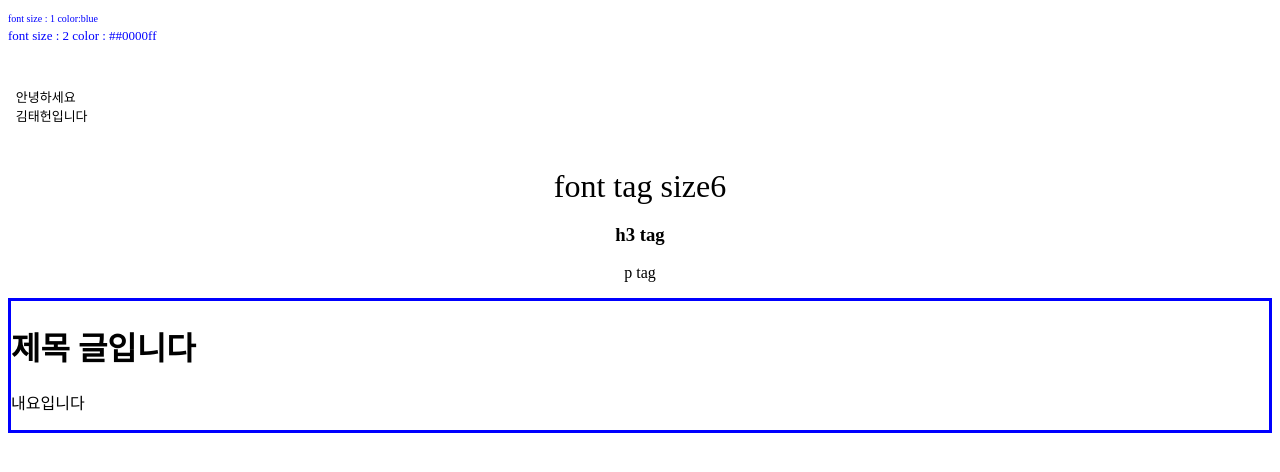
Repository: xsa1113/posco_ict
Page: html/TestSample/WebContent/index3.html
An editor plug-in stored every save of this project. The page is shown before and after the next save, followed by the edit.
The browser window is 1280 px wide. The pictures show the whole page.

Above is the page before, as saved 2022-05-04 07:44:02.

### html/TestSample/WebContent/index3.html
<!DOCTYPE html>
<html>
<head>
<meta charset="UTF-8">
<title>Insert title here</title>
</head>
<body>

<!--
font, div
 -->

 <font size="1" color="blue">font size : 1 color:blue</font>
 <br>
 <font size="2" color="#0000ff">font size : 2 color : ##0000ff</font>

 <pre>
 <font size="6" color="red"></font>
 안녕하세요
 김태헌입니다
 <!--
 div : 태그자체만으로 의미가 없다
 범위설정 및 한꺼번에 묶음

  -->
 </pre>

 <div align = "center">
 <font size="6"> font tag size6</font>
<h3>h3 tag</h3>
<p>p tag</p>

 </div>

 <div style ="border: solid; border-color: blue;">
 	<h1>제목 글입니다</h1>
 	<p>내요입니다</p>
 </div>




</body>
</html>

After the next save:
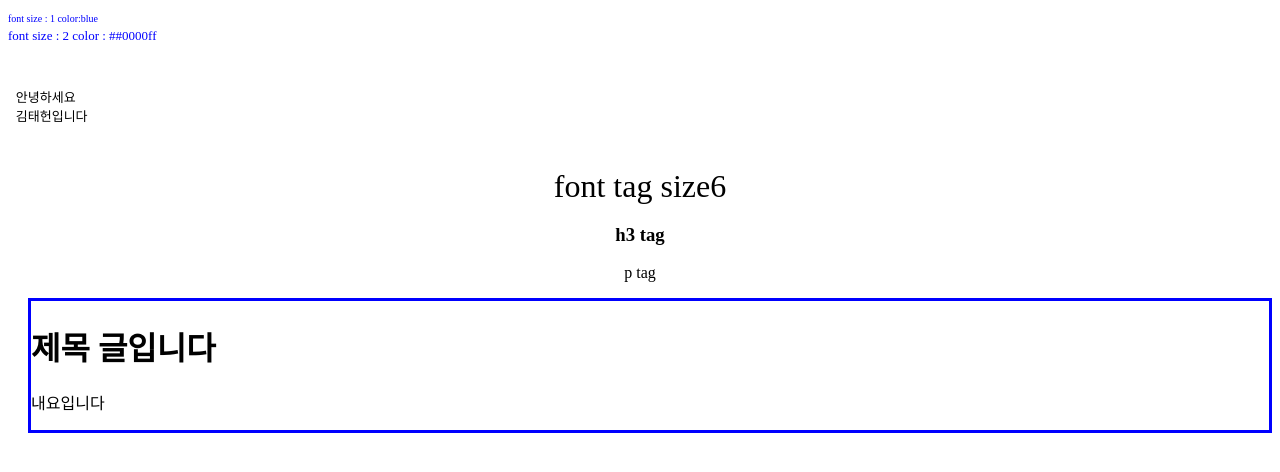
Saved 31 s later.
--- a/html/TestSample/WebContent/index3.html
+++ b/html/TestSample/WebContent/index3.html
@@ -32,7 +32,7 @@ font, div
 
  </div>
 
- <div style ="border: solid; border-color: blue;">
+ <div style ="border: solid; border-color: blue; margin-left : 20px">
  	<h1>제목 글입니다</h1>
  	<p>내요입니다</p>
  </div>
